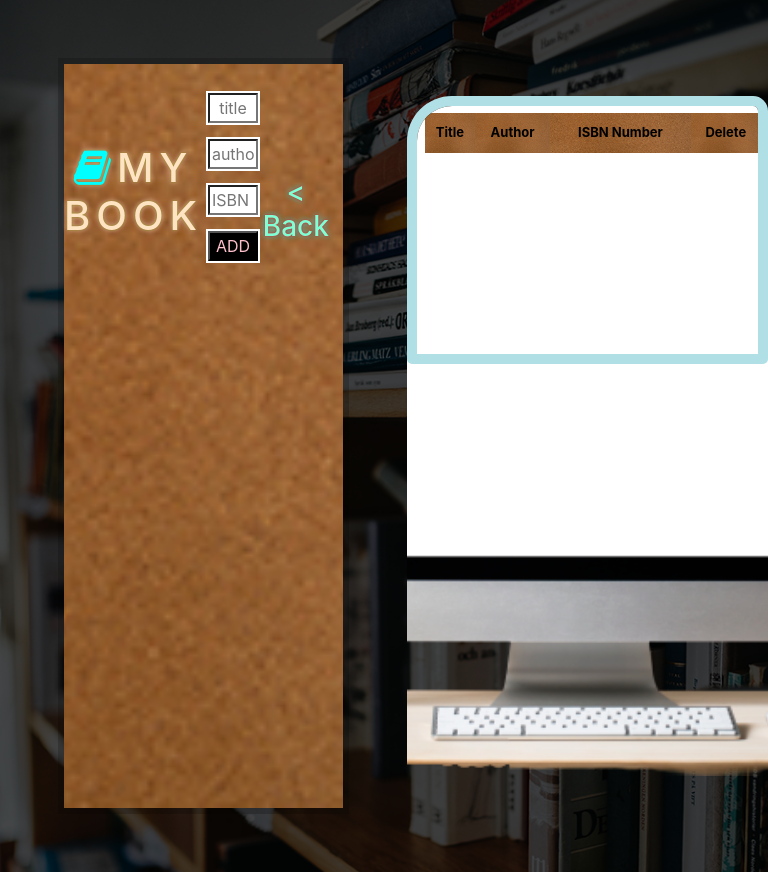
Repository: CSituma/Home-Library-App
Page: libu.html
These files come from the project's save history. The page is drawn as it stood at one moment and after the next save; the edit follows.
The browser window is 768 px wide. The pictures show the whole page.
Backgrounds fixed to the window are drawn as part of the page. Some web libraries are served in a nearby version.

Above is the page before, as saved 2020-11-10 21:14:08.

### libu.html
<!DOCTYPE html>
<html lang="en">
<head>
    <meta charset="UTF-8">
    <meta name="viewport" content="width=device-width, initial-scale=1.0">
    <meta http-equiv="X-UA-Compatible" content="ie=edge">
    <link rel="stylesheet" href="style.css">
    <link rel="stylesheet" href="https://cdnjs.cloudflare.com/ajax/libs/font-awesome/4.7.0/css/font-awesome.min.css"/>
<link rel="stylesheet" href="https://stackpath.bootstrapcdn.com/bootstrap/4.5.0/css/bootstrap.min.css" integrity="sha384-9aIt2nRpC12Uk9gS9baDl411NQApFmC26EwAOH8WgZl5MYYxFfc+NcPb1dKGj7Sk" crossorigin="anonymous"/>
<link rel="stylesheet" href="https://cdnjs.cloudflare.com/ajax/libs/animate.css/4.0.0/animate.min.css"/>
  <title>BOOK TRACKER</title>
</head>
<body>
    <div class="columns">
        <div class="js">

            <h1><i class="fa fa-book"></i>MY BOOK</h1>
            <form id="form">
                <input type= "text" id= "title"  placeholder="title">
                <input type= "text" id= "author" placeholder="author" >
                <input type= "text" id= "number" placeholder="ISBN Number">
                <input type= "submit"id= "button" value="ADD">
            </form>
        <h3> <a href= "./index.html"> < Back </a></h3>
        </div>
        <div class="storage" >
              <div class="storage_items">
        <table id="table">
            <thead>
                <tr>
                <th id="title">Title</th>
                <th>Author</th>
                <th>ISBN Number</th>
                <th>Delete</th>
                </tr>
                </thead>
                <tbody class="Booklist" id="booklist">
                </tbody>
            </table>
            </div>
        </div>
</div>
    <script src="lib.js"></script>
 </body>
 </html>

### style.css
/*homepage//////////////*/
body,
html {
  max-width: 100%;
  margin: 0;
  padding: 0;
  max-height: 100%;
  background: url("./images/sandra-seitamaa-qkIWnKtGhg4-unsplash.jpg")
    center/cover no-repeat fixed;
}

.container {
  margin: 10em 20em 20em 20em;
  height: 400px;
  width: 40%;
  background-color: rgba(146, 116, 15, 0.445);
  text-align: center;
}

.lol {
  padding-top: 5em;
  font-weight: 800;
  font-style: italic;
}
span {
  color: yellow;
  font-weight: 400;
}
#lolone {
  color: ghostwhite;
}

h3 {
  padding-top: 4em;
  float: right;
  margin-right: 0.5em;
  font-weight: 900;
  font-size: 2rem;
  text-shadow: 0 0 3px #FF0000, 0 0 5px aqua;
}

h3 a {
  text-decoration: none;
 color: aquamarine;

}

h3 a:hover {
  text-decoration: none;
  color: burlywood;
}

#you {
  padding: 1rem;
  color: gold;
}

/*library////////////////*/
.columns {
  display: flex;
  justify-content: space-between;
  max-width: 100%;
  max-height: 100%;
  background: rgba(0, 0, 0, 0.692) fixed;

}
h1{
  letter-spacing: 6px;
  text-shadow: 0 0 3px olive, 0 0 5px pink;
  padding-top:2em;
  margin: 0;
  color: bisque;

}
table {
  background: black;
  width: 100%;
  margin:0.5em;
  margin-left:0.2em;
  text-align: center;
  color:white;

}


td{
  margin: 2em;
}
tr{
  border-left: white 5px solid;
  height: 40px;
}
th {
  color: black;
  background:url('./images/josephine-bredehoft-KsAo8ouBn8A-unsplash.jpg') center/cover no-repeat;
  outline: none;
}
tbody tr:nth-child(odd){
  background:white;
 color: olive;
}
tbody tr:nth-child(odd):hover {
  box-shadow: 0 0 0 2px white;

}
tbody tr:nth-child(even){
background:black;

}
tbody tr:nth-child(even):hover{
  box-shadow: 0 0 0 2px gray;
}

 .fa {
   color:aqua;
 }
 .fa:hover{
   font-size:1.3em;
 }
form {
  padding: 0.3em;
  margin-top: 1em;
}

form input {
  width: 100%;
  margin: 0.5em 0;
  -webkit-box-shadow: 0 0 0 2px white;
  box-shadow: 0 0 0 2px white;
}

:placeholder-shown {
  text-align: center;
}

#button {
  color: pink;
  background-color: black;
}

/*/////////////////////////////////*/
.storage_items {

  background-color: white;
  width:100%;
  max-height: 70%;
  margin-left: 8em;
  margin-top: 5em;
  margin-bottom: 2em;
  border: rgb(0, 0, 0) 5px solid;
  border-style: groove;
  padding-bottom: 15em;
  overflow: scroll;
  scroll-behavior: smooth;
  scrollbar-width: 2px;
}
.storage {
  background:url("./images/1463-removebg-preview.png") center/cover no-repeat;
  width: 60%;
  height: 85vh;
  margin: 6em 3em 6em 0;
  border-radius: 3px;

}
.js {
  -webkit-box-shadow: 0 0 0 6px rgba(0, 0, 0, 0.191);
  box-shadow: 0 0 0 6px rgba(0, 0, 0, 0.191);
  text-align: center;
  width: 40%;
  margin: 6em 0em 6em 3em;
  background: url("./images/josephine-bredehoft-KsAo8ouBn8A-unsplash.jpg")
    center/cover no-repeat;
}

@media screen and (max-width:1000px) {
  .storage{
    margin-right: 0;

    background: url("./images/719-removebg-preview.png") center/cover no-repeat;
  }
  .storage_items{
    margin:0;
    font-size: 13px;
   border: 10px solid black;
   border-radius: 45px;
   border-bottom-right-radius:5px;
   border-bottom-left-radius:5px;
   border-top-right-radius:15px;

   padding:0;
   padding-bottom: 15em;

}

.js{
  margin: 0;}


}

@media screen and (min-width:1000px) {

 .storage_items{
  max-height: 60%;
    background-color: white;
    width: 400px;
    height: 50%;
    margin-left: 10em;
    margin-top: 5.5em;

  }


 }

 @media screen and (max-width:800px)
 {
  .storage{
    margin-right: 0;

    background: url("./images/719-removebg-preview.png") center/cover no-repeat;
  }
  .storage_items{
    margin:0;
    font-size: 13px;
   border: 10px solid powderblue;
   border-radius: 45px;
   border-bottom-right-radius:5px;
   border-bottom-left-radius:5px;
   border-top-right-radius:15px;

   padding:0;
   padding-bottom: 15em;

}

.js{
display: flex;
  margin:4em;}

 }

### lib.js
// Book Class: Represents a Book
class Book {
  constructor(title, author, isbn) {
    this.title = title;
    this.author = author;
    this.isbn = isbn;
  }
}

// UI Class: Handle UI Tasks
class UI {
//display Books.//
static displayBooks () {
 const books = Store.getBooks();
 books.forEach(((book) =>
  UI.addBookToList(book)));
}


//addbooks
static addBookToList(book) {

const bookList = document.querySelector('#booklist');
const row = document.createElement('tr');

row.innerHTML= `<td>${book.title} </td>
               <td>${book.author}</td>
               <td>${book.isbn}</td>
              <td><i class="fa fa-trash-o"></i></td>`;

bookList.appendChild(row);

}


//deletebooks
static deleteBook(el){
 if(el.classList.contains('fa')){
   el.parentElement.parentElement.remove();
  }}

////show alert msg
static showAlert(message, className){
const div = document. createElement('div');
div.className = `alert alert-${className}`;
div.appendChild(document.createTextNode(message));
const button = document.getElementById('button');
const form = document.getElementById('form');


form.insertBefore(div, button);


//message vanishing//

setTimeout(() => {
  document.querySelector('.alert').remove();
}, 3000);

}

//clear fields//

static clearFields() {
  document.querySelector('#title').value = '';
  document.querySelector('#author').value = '';
  document.querySelector('#number').value = '';
}

}

///Events:
/* 1. Display Books */

document.addEventListener('DOMContentLoaded', UI.displayBooks);

/* 2. Add Books*/
document.querySelector("#form").addEventListener('submit',(e) =>
{
e.preventDefault();
///get form values//
const title = document.querySelector('#title').value;
const author = document.querySelector('#author').value;
const isbn = document.querySelector('#number').value;

  // Validate
 if(title ===''|| author===''|| isbn===''){
   UI.showAlert('Please fill in the Form', 'danger')
 }
else{
  //instantiate Book
  const book = new Book(title,author,isbn);

//////Adding
UI.addBookToList(book);

Store.addBook(book);

///Show Sucess Message
UI.showAlert('Added', 'success');
//Clearfields
UI.clearFields();


 }
}
);


/////3. Remove BOOK////
document.querySelector('#booklist').addEventListener('click', (e)=>{
e.preventDefault();
//deleting from UI

UI.deleteBook(e.target);
///deleting from Store
Store.removeBook(e.target.parentElement.previousElementSibling.textContent);
//Message
UI.showAlert('Book Deleted', 'danger');

}
);

///localStorage
class Store{
  static getBooks(){
    let books;
   if (localStorage.getItem('books') === null){
     books = [];
   }
   else {
     books = JSON.parse(localStorage.getItem('books'));
   }
   return books;
  }

  static addBook(book){
    const books= Store.getBooks();
    books.push(book);
   localStorage.setItem('books',JSON.stringify(books));
  }
  static removeBook(isbn) {
    const books = Store.getBooks();

    books.forEach((book, index) => {
      if(book.isbn === isbn) {
        books.splice(index, 1);
      }
    });
    localStorage.setItem('books', JSON.stringify(books));
  }
}

After the next save:
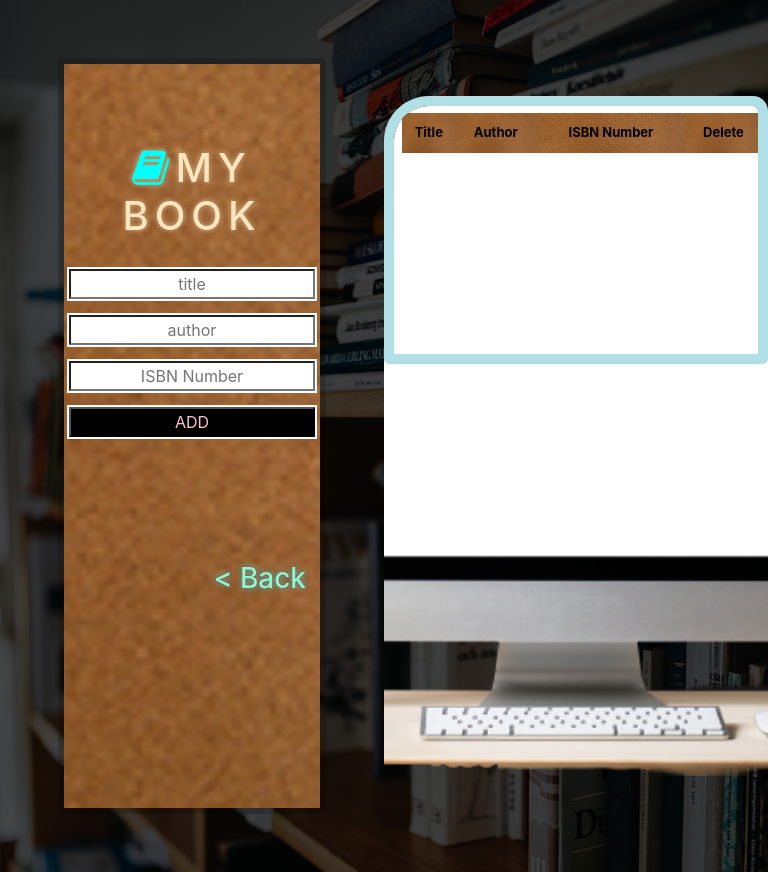
Saved 45 s later.
--- a/style.css
+++ b/style.css
@@ -235,7 +235,7 @@
 }
 
 .js{
-display: flex;
+ display: inline-block;
   margin:4em;}
 
  }

After the save that followed:
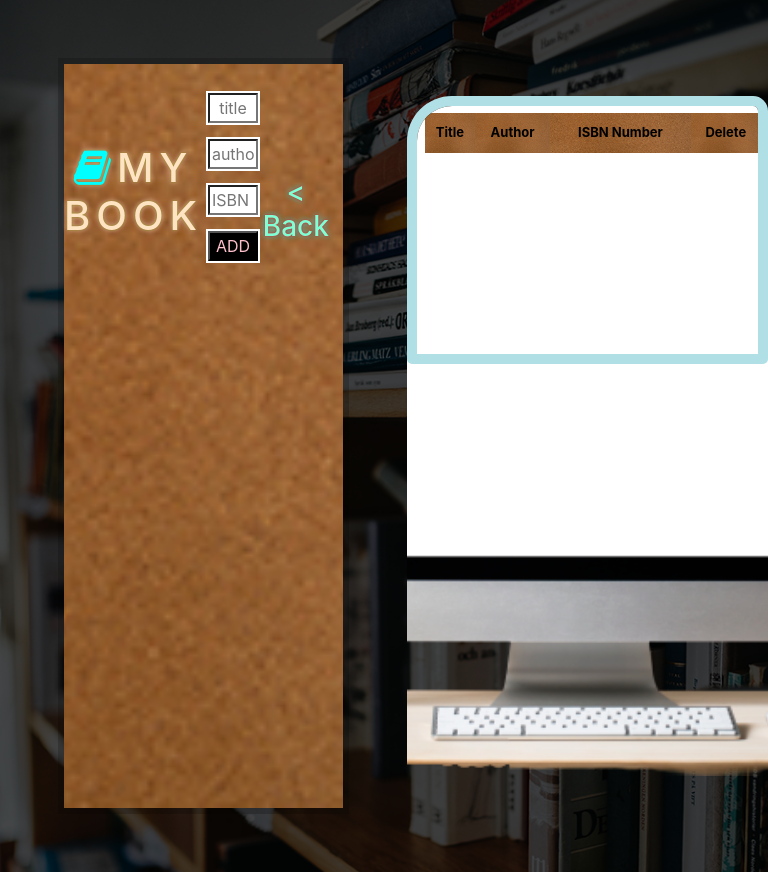
Saved 15 s later.
--- a/style.css
+++ b/style.css
@@ -235,7 +235,7 @@
 }
 
 .js{
- display: inline-block;
+ display:inline-flex;
   margin:4em;}
 
  }
